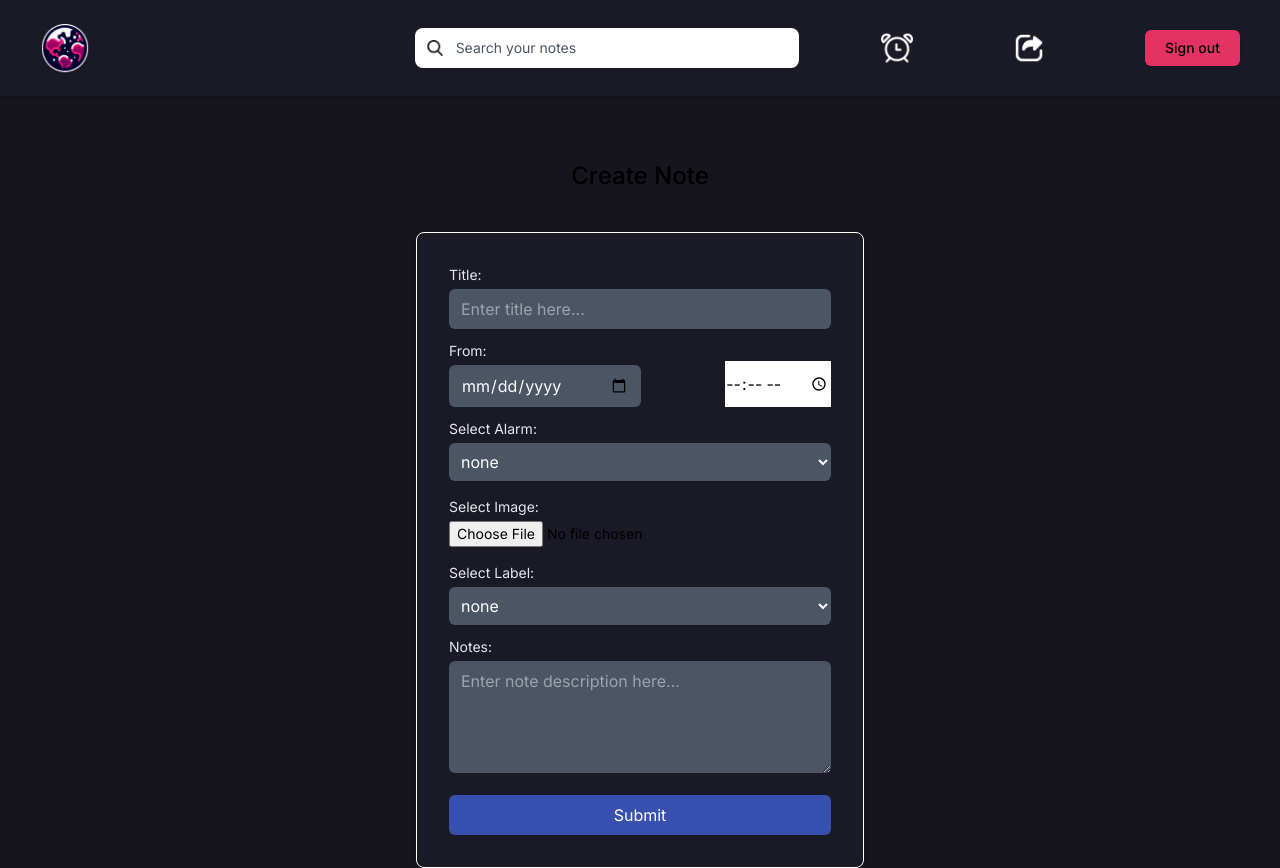
Repository: plan-it-earth/plan-it-earth
Page: /pages/calendar/createnote
These files come from the project's save history. The page is drawn as it stood at one moment and after the next save; the edit follows.
The browser window is 1280 px wide. The pictures show the whole page.
The project was rebuilt for these pictures with package versions that can differ from the ones it lists, and the page was loaded fresh each time. The framework's server and built-in components were replaced by stand-ins that run in the browser. Also part of the build but not shown: next.config.mjs.

Above is the page before, as saved 2024-04-18 19:11:29.

### app/layout.tsx
import type { Metadata } from "next";
import { Inter } from "next/font/google";
import "./globals.css";

import { AuthProvider } from "./lib/firebase/AuthProvider";

const inter = Inter({ subsets: ["latin"] });

export const metadata: Metadata = {
  title: "Plan-It-Earth",
  description: "Plan-It-Earth is a calendar application for professors and students",
};

export default function RootLayout({
  children,
}: Readonly<{
  children: React.ReactNode;
}>) {
  return (
    <html lang="en" className="bg-[#16141C]">
      <AuthProvider>
        <body className={inter.className}>{children}</body>
      </AuthProvider>
    </html>
  );
}

### app/pages/calendar/createnote/page.jsx
'use client';
import Header from '../../../Components/Header';
import {useState, useContext} from 'react';
import { useRouter} from 'next/navigation';
import { useCalendarApi } from '../../../lib/Context/CalendarProvider';
import { storeEvents } from '../../../lib/Hooks/dbActions';
import { getStorage, ref, uploadBytes, getDownloadURL } from "firebase/storage";
import UserContext from '../../../lib/firebase/UserContext';

const storage = getStorage();

export default function CreateNote() {
    const { userData } = useContext(UserContext);
    const [imageUrl, setImageUrl] = useState('');

    const [time, setTime] = useState('');
    const [isTimeValid, setIsTimeValid] = useState(true);

    const [isDateValid, setIsDateValid] = useState(true);

    const router = useRouter();
    const { calendarApi } = useCalendarApi();

    const [formData, setFormData] = useState({title: "",date: "", alarm: "", image: "", label: "", description: ""});
    const handleChange = (event) => {
        const { title, value } = event.target;
        setFormData(event.target.value);
    };

    const uploadImage = async (event) => {
        // Upload the image to Firebase storage
        const imageFile = event.target.files[0];
        const storageRef = ref(storage, userData.uid + '/' + (calendarApi.getEvents().length + 1) + '/' + imageFile.name);
        uploadBytes(storageRef, imageFile).then((snapshot) => {
            console.log('Uploaded a blob or file!');

            // Get the download URL of the uploaded image
            getDownloadURL(storageRef).then((url) => {
                setImageUrl(url.toString());
            });
        });
    }


    const handleTimeChange =(event) => {
        setTime(event.target.value);
    };


    const validateTime = () => {
        const [hours, minutes] = time.split(':').map(Number);
        if (hours < 13 && minutes < 60) {
        setIsTimeValid(true);
        } else {
        setIsTimeValid(false);
        }
    }

    const handleDateChange = (event) => {
        const { name, value } = event.target;
        setFormData(prev => ({ ...prev, [name]: value }));
        validateDate(value);
    };

    const validateDate = (inputDate) => {
        const input = new Date(inputDate);
        const currentDate = new Date();
        setIsDateValid(input >= currentDate);
    }

    const handleSubmit = (event) => {
        event.preventDefault();
        var title = document.getElementById("title");
        var date = document.getElementById("date");
        var alarm = document.getElementById("alarm");
        var image = document.getElementById("image");
        var label = document.getElementById("label");
        var description = document.getElementById("description");

        if(time.value) {
            let start = new Date(date.value + "T" + time.value);

            calendarApi.addEvent({
                id: calendarApi.getEvents().length + 1,
                title: title.value,
                start: start,
                groupId: label.value,
                extendedProps: {
                    alarm: alarm.value,
                    image: imageUrl,
                    description: description.value
                },
            });
        } else {
            // All day event
            let start = new Date(date.value);

            calendarApi.addEvent({
                id: calendarApi.getEvents().length + 1,
                title: title.value,
                start: start,
                groupId: label.value,
                allDay: 'true',
                extendedProps: {
                    alarm: alarm.value,
                    image: imageUrl,
                    description: description.value
                },
            });
        }

        console.log(
            `Title: ${title.value},
             Date: ${date.value},
             Alarm: ${alarm.value},
             Image: ${imageUrl},
             Label: ${label.value},
             Description: ${description.value}`
        );

        // Add event to database
        storeEvents(userData, calendarApi);

        router.push('/pages/calendar');
    }

    return (


        <div className="bg-[#16141C] min-h-screen ">
            <Header />
            <h2 className="flex items-center justify-center text-2xl font-medium mt-16">Create Note</h2>
            <div className="max-w-md mx-auto mt-10 p-8 bg-[#1A1926] rounded-lg shadow-md border border-white">
                <form onSubmit={handleSubmit} className="flex flex-col space-y-4">
                    <div>

                        <label className="block text-sm font-normal text-gray-200">Title:</label>
                        <input
                        id = "title"
                        type="text"
                        placeholder="Enter title here..."
                        required
                        value={formData.title}
                        onChange={handleChange}
                        className="text-white bg-gray-600 mt-1 px-3 py-2 w-full rounded-md focus:outline-none" />

                        <label className="block text-sm font-normal mt-3 text-gray-200">From:</label>
                        <div className="flex flex-row justify-between">
                            <input type="date" id="date" name="date" required value={formData.date} onChange={handleDateChange} className="text-white bg-gray-600 mt-1 px-3 py-2 rounded-md w-48 dark focus:outline-none" />
                            <input type="time" id="time" name="time" required value={time} onChange={handleTimeChange} className="" />
                            {/*<input type="text" id="time" name="time" value={time} onChange={handleTimeChange} onBlur={validateTime} placeholder="12:00" className="text-white bg-gray-600 mt-1 px-3 py-2 rounded-md w-20 text-center focus:outline-none"/>
                            <select id="am/pm" className="text-white bg-gray-600 mt-1 p-2 rounded-md focus:outline-none">
                                <option value="AM">AM</option>
                                <option value="PM">PM</option>
                            </select>*/}
                        </div>
                        {isTimeValid ? null : <p className="flex text-red-500 text-sm w-full m-1 justify-start">Invalid time</p>}
                        {isDateValid ? null : <p className="flex text-red-500 text-sm w-full m-1 justify-start">Invalid date</p>}
                        <div>
                        <label className="block text-sm font-normal mt-3 text-gray-200">Select Alarm:</label>
                            <select id="alarm" className="text-white bg-gray-600 mt-1 p-2 rounded-md w-full focus:outline-none">
                                <option value="-1">none</option>
                                <option value="5">5 minutes before event</option>
                                <option value="10">10 minutes before event</option>
                                <option value="15">15 minutes before event</option>
                                <option value="60">60 minutes before event</option>
                                <option value = "1440"> 1 day before event</option>
                                <option value = "2880"> 2 days before event</option>
                                <option value = "4320"> 3 days before event</option>
                                <option value = "5760"> 4 days before event</option>
                                <option value = "7200"> 5 days before event</option>
                            </select>
                        </div>
                    </div>
                    <div className="flex flex-col justify-center">
                        <label className="block text-sm font-normal text-gray-200">Select Image:</label>
                        <input onChange={uploadImage} type="file" id="image" name="image" accept="image/*" className="mt-1 text-sm" />
                    </div>
                    <div>
                        <label className="block text-sm font-normal text-gray-200">Select Label:</label>
                            <select id="label" className="text-white bg-gray-600 mt-1 p-2 w-full rounded-md focus:outline-none">
                                <option value="UserEvent">none</option>
                                <option value="Assignment">Assignment</option>
                                <option value="Lecture">Lecture</option>
                                <option value="Lab">Lab</option>
                                <option value="OfficeHours">Office Hours</option>
                                <option value="Quiz">Quiz</option>
                                <option value="Exam">Exam</option>
                            </select>

                        <label className="block text-sm font-normal text-gray-200 mt-3">Notes:</label>
                        <textarea
                            id="description"
                            type="text"
                            rows="4"
                            cols="30"
                            className="text-white bg-gray-600 px-3 py-2 mt-1 rounded-md w-full focus:outline-none"
                            placeholder ="Enter note description here...">
                        </textarea>
                    </div>
                    <div>
                        <button type="submit" className="bg-[#374fae] text-white w-full px-4 py-2 rounded-md hover:opacity-85 focus:outline-none">Submit</button>
                    </div>
                </form>
            </div>
        </div>

    )
}

### app/globals.css
@tailwind base;
@tailwind components;
@tailwind utilities;

:root {
  --foreground-rgb: 0, 0, 0;
  --background-start-rgb: 214, 219, 220;
  --background-end-rgb: 255, 255, 255;
}

@media (prefers-color-scheme: dark) {
  :root {
    --foreground-rgb: 255, 255, 255;
    --background-start-rgb: 0, 0, 0;
    --background-end-rgb: 0, 0, 0;
  }
}

body {
  color: rgb(var(--foreground-rgb));
  background: linear-gradient(
      to bottom,
      transparent,
      rgb(var(--background-end-rgb))
    )
    rgb(var(--background-start-rgb));
}

@layer utilities {
  .text-balance {
    text-wrap: balance;
  }
}

.buttonexportpage:hover {
  background-color: #E53265;
}

### app/lib/firebase/AuthProvider.tsx
'use client'

import React, { useState, useEffect } from 'react';
import { onAuthStateChanged, User as firebaseUser } from 'firebase/auth';
import { auth, db } from '../../../firebaseConfig';
import { doc, onSnapshot } from 'firebase/firestore';
import UserContext from './UserContext';
import { CalendarProvider } from '../Context/CalendarProvider';

export interface UserData {
    email: string;
    uid: string;
    events: "";
}

export interface AuthState {
    userData: UserData | null;
}

interface AuthProviderProps {
    children: React.ReactNode;
}

export const AuthProvider = ({ children }: AuthProviderProps) => {
    const [userData, setUserData] = useState<AuthState>({ userData: null});

    useEffect(() => {
        const unsubscribe = onAuthStateChanged(auth, async (user: firebaseUser | null) => {
            try {
                // If user is logged in, get user data from firestore
                if (user) {
                    const uid = user.uid;
                    const userRef = doc(db, 'users', uid);
                    const unsubscribeUser = onSnapshot(userRef, (doc) => {
                        const userData = doc.exists() ? {...doc.data(), uid} as UserData : null;
                        setUserData({ userData });
                    });
                    return () => unsubscribeUser();
                } else {
                    setUserData({ userData: null });
                    return () => {};
                }
            } catch (error) {
                console.log("Error getting user data: ", error);
            }
        });
        return () => unsubscribe();
    }, []);
    return (
        <UserContext.Provider value={userData}>
            <CalendarProvider>
                {children}
            </CalendarProvider>
        </UserContext.Provider>
    )
}

### app/Components/Header.tsx
'use client';
import React, { useState, useEffect } from 'react';
import ReactDOM from 'react-dom';
import Image from 'next/image';
import { useRouter } from 'next/navigation';

import Search from './Search';

import logo from '../Images/headerlogo.png';
import alarm from '../Images/headeralarm.png';
import share from '../Images/headershare.png';

import { getAuth, signOut } from "firebase/auth";

function logOut() {
    const auth = getAuth();
    signOut(auth).then(() => {
        console.log("User signed out");
    }).catch((error) => {
        console.log("Error signing out: ", error);
    });

    console.log("Sign out clicked");
    location.href = "/";
}

export default function Header() {
    const router = useRouter();

    const routeToAlarm = () => {
        router.push('/pages/alarm')
    }

    const routeToExportOrShare = () => {
        router.push('/pages/exportorshare')
    }

    const routeToCalendar = () => {
        router.push('/pages/calendar')
    }

    return (
        <div className="flex h-24 w-full px-2 py-5 bg-[#1A1926] shadow justify-between md:px-10">
            <Image onClick={routeToCalendar} src={logo} alt="Plan-It-Earth" height={50} width={50} className="h-30 w-30 mt-1 cursor-pointer hover:opacity-85 md:h-35 md:h-35"/>
            <div className="hidden w-24 lg:block"></div>
            <Search />
            <div className="flex flex-row h-full items-center space-x-5 md:gap-20">
                <Image onClick={routeToAlarm} src={alarm} alt="Alarm" height={35} width={35} className="h-8 w-8 cursor-pointer hover:opacity-85"/>
                <Image onClick={routeToExportOrShare} src={share} alt="Share" height={35} width={35} className="h-8 w-8 cursor-pointer hover:opacity-85"/>
                <button onClick={() => logOut()} className="px-3 py-2 rounded-md text-xs font-medium bg-[#E53265] outline-none border-none shadow hover:brightness-110 md:px-5 md:py-2 md:text-sm">Sign out</button>
            </div>
        </div>
    )
}

### app/lib/Context/CalendarProvider.tsx
import React, { createContext, useContext, useState, ReactNode, RefObject } from 'react';

interface CalendarProviderProps {
    children: ReactNode;
}

interface CalendarContextType {
    calendarApi: any;
    setCalendarApi: (api: any) => void;
}

const CalendarContext = createContext<CalendarContextType | null>(null);

export const CalendarProvider: React.FC<CalendarProviderProps> = ({ children }) => {
    const [calendarApi, setCalendarApi] = useState<any>(null);

    return (
        <CalendarContext.Provider value={{ calendarApi, setCalendarApi }}>
            {children}
        </CalendarContext.Provider>
    );
};

export const useCalendarApi = () => {
    const context = useContext(CalendarContext);
    if (context === null) {
        throw new Error('useCalendarRef must be used within a CalendarProvider');
    }
    return context;
};

### app/lib/firebase/UserContext.tsx
import { createContext } from "react";
import { AuthState } from './AuthProvider';

const UserContext = createContext<AuthState>({ userData: null });

export default UserContext;

### firebaseConfig.ts
// Import firebase modules
import 'firebase/firestore';
import 'firebase/auth';
import 'firebase/storage';
// Import the functions you need from the SDKs you need
import { initializeApp } from "firebase/app";
import { getFirestore } from 'firebase/firestore';
import { getAuth } from 'firebase/auth';
import { getStorage } from 'firebase/storage';
// TODO: Add SDKs for Firebase products that you want to use
// https://firebase.google.com/docs/web/setup#available-libraries

// Your web app's Firebase configuration
// For Firebase JS SDK v7.20.0 and later, measurementId is optional
const firebaseConfig = {
  apiKey: "AIzaSyBZBzlYp8KR-bJDEJVVbYroSMxS-GXYmR8",
  authDomain: "plan-it-earth-94b85.firebaseapp.com",
  projectId: "plan-it-earth-94b85",
  storageBucket: "plan-it-earth-94b85.appspot.com",
  messagingSenderId: "97255809349",
  appId: "1:97255809349:web:8b9f6ed7ba990714221e2c",
  measurementId: "G-WXFLGQPQ1S"
};

// Initialize Firebase
const app = initializeApp(firebaseConfig);
export const db = getFirestore(app);
export const auth = getAuth(app);
export const storage = getStorage(app);

### app/Components/Search.tsx
'use client';
import React, { useState } from 'react';
import Image from 'next/image';
import { useRouter} from 'next/navigation';

import search from '../Images/search.png';

export default function Search() {
    const [searchInput, setSearchInput] = useState('');
    const router = useRouter();

    const handleSubmit = (event:any) => {
        event.preventDefault();
        router.push(`/pages/search?search=${encodeURIComponent(searchInput)}`);
    };

    const handleInputChange = (event:any) => {
        setSearchInput(event.target.value);
    };

    return (
        <form onSubmit={handleSubmit} className="flex flex-row h-10 w-fit items-center gap-2 self-center bg-[#fff] rounded-lg md:w-96 sm:w-80 md:gap-4 md:ml-16">
            <button type="submit" className="border-none bg-none">
                <Image src={search} alt='Search' height={18} width={18} className="h-4 w-4 ml-2 cursor-pointer md:ml-3"/>
            </button>
            <input onChange={handleInputChange} type='text' placeholder="Search your notes" className="w-full text-black placeholder-gray-600 text-xs outline-none border-none md:text-sm"/>
        </form>
    )
}

Loaded but not shown: app/lib/Hooks/dbActions.js (library); tailwind.config.ts (common file)

After the next save:
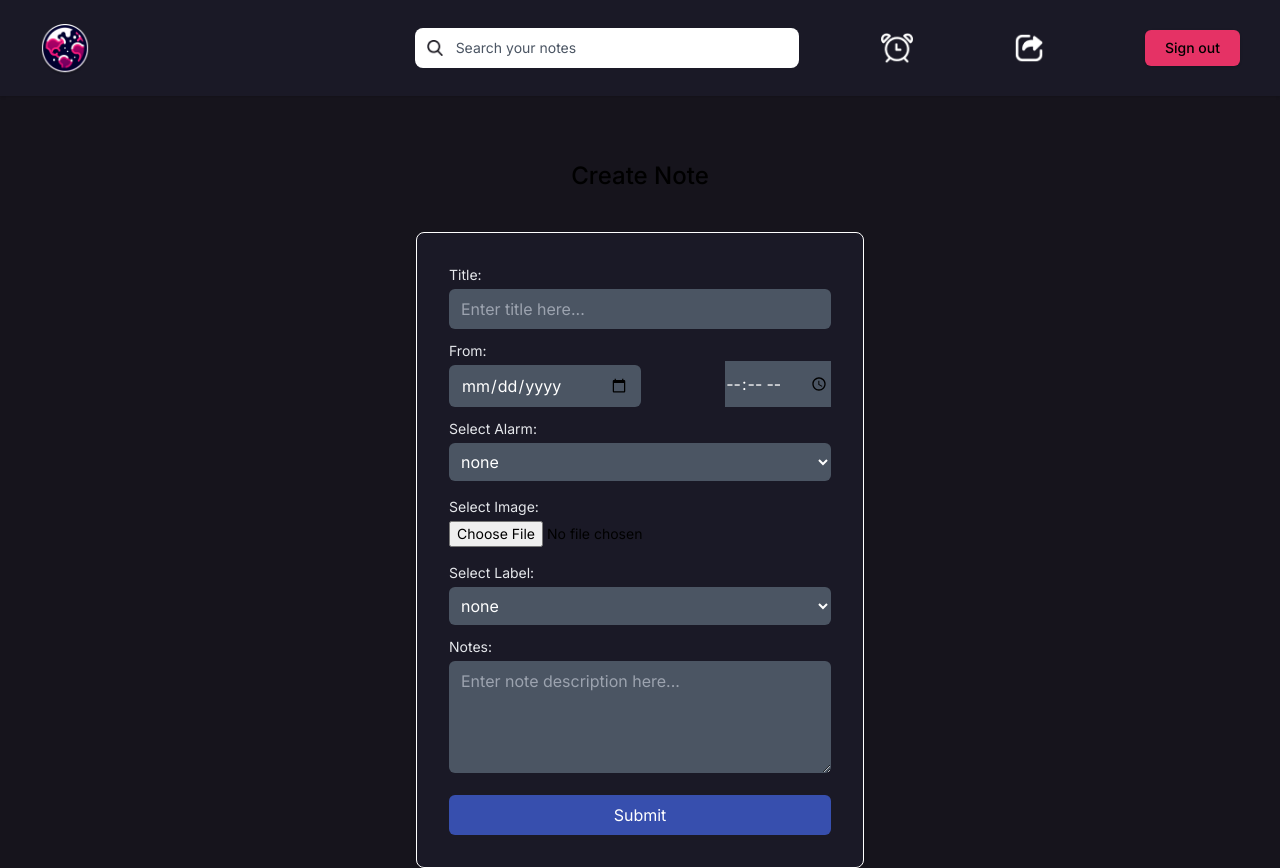
Saved 24 s later.
--- a/app/pages/calendar/createnote/page.jsx
+++ b/app/pages/calendar/createnote/page.jsx
@@ -147,7 +147,7 @@ export default function CreateNote() {
                         <label className="block text-sm font-normal mt-3 text-gray-200">From:</label>
                         <div className="flex flex-row justify-between">
                             <input type="date" id="date" name="date" required value={formData.date} onChange={handleDateChange} className="text-white bg-gray-600 mt-1 px-3 py-2 rounded-md w-48 dark focus:outline-none" />
-                            <input type="time" id="time" name="time" required value={time} onChange={handleTimeChange} className="" />
+                            <input type="time" id="time" name="time" required value={time} onChange={handleTimeChange} className="text-white bg-gray-600" />
                             {/*<input type="text" id="time" name="time" value={time} onChange={handleTimeChange} onBlur={validateTime} placeholder="12:00" className="text-white bg-gray-600 mt-1 px-3 py-2 rounded-md w-20 text-center focus:outline-none"/>
                             <select id="am/pm" className="text-white bg-gray-600 mt-1 p-2 rounded-md focus:outline-none">
                                 <option value="AM">AM</option>
